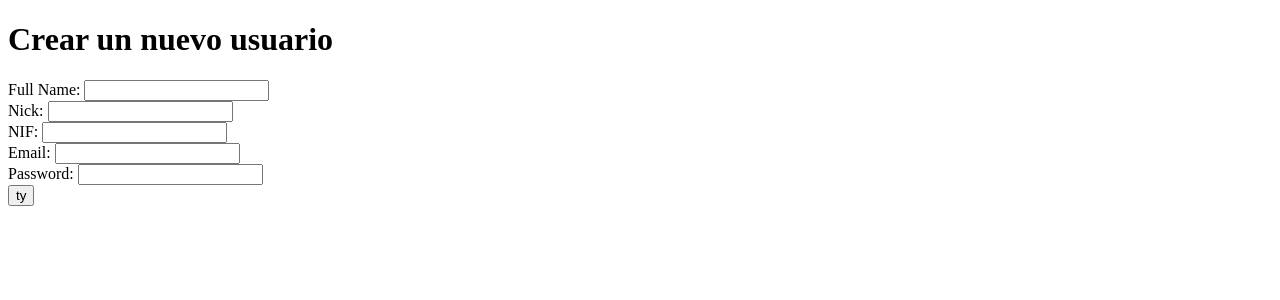
Repository: VinnySil/membresia
Page: http://localhost/users/create
These files come from the project's save history. The page is drawn as it stood at one moment and after a run of saves; the edit follows.
The browser window is 1280 px wide. The pictures show the whole page.
The page is served by the project's Laravel application, run on PHP 8.4 with Laravel 12.

Above is the page before, as saved 2024-12-06 19:19:53.

After the next 5 saves:
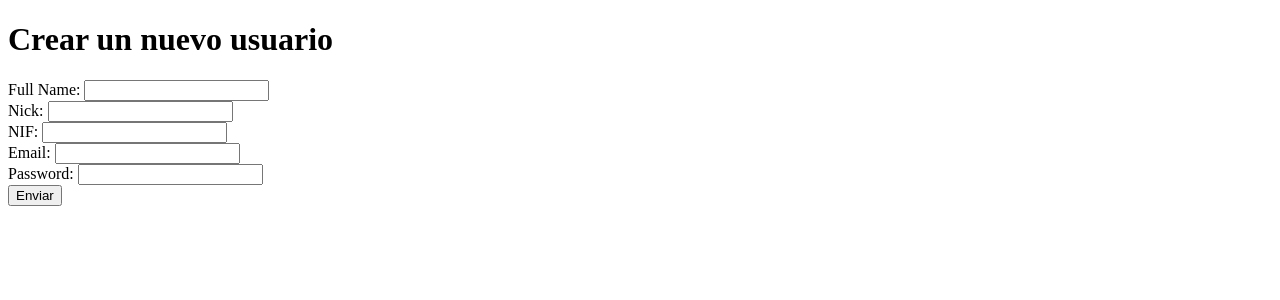
The 5 saves are shown as one change because they came seconds apart.
The last was saved 14 s later.
--- a/resources/views/users/create.blade.php
+++ b/resources/views/users/create.blade.php
@@ -21,7 +21,7 @@
         <label for="password">Password:</label>
         <input type="password" name="password"><br>
 
-        <button> ty</button>
+        <button type="submit">Enviar</button>
     </form>
 </body>
 </html>
